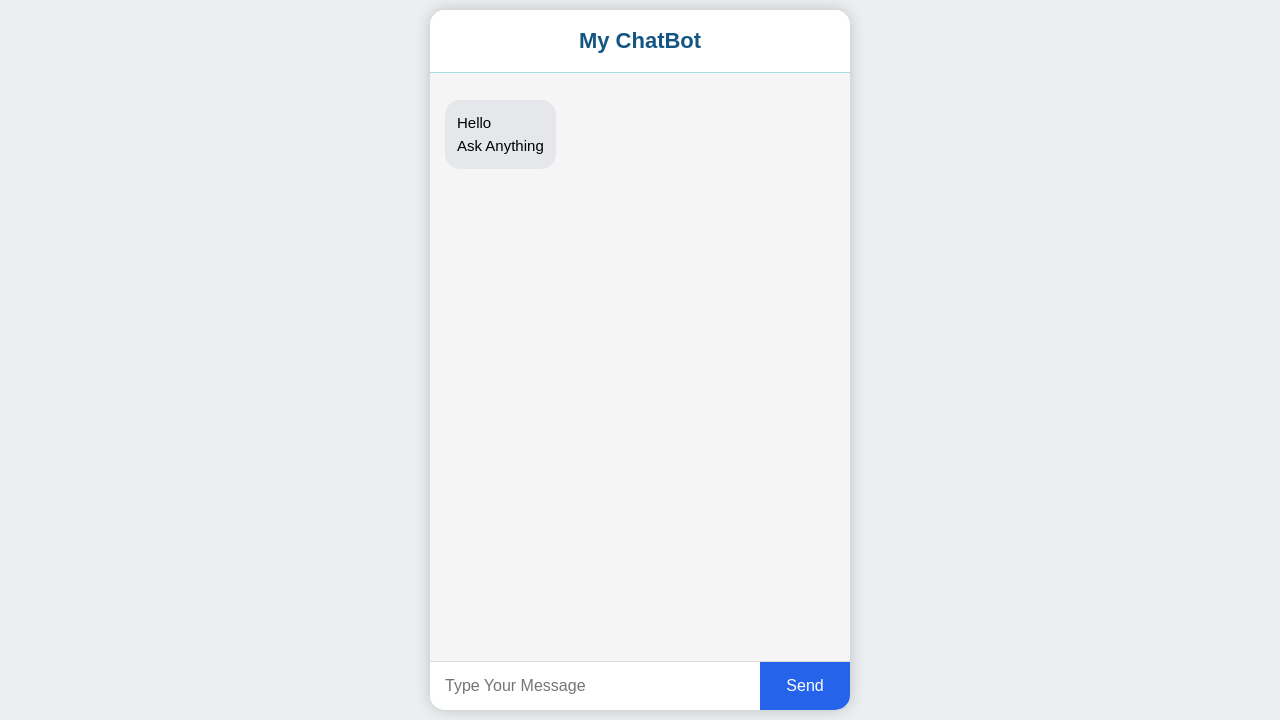
Repository: nt269782-web/Offline-ChatBot
Page: front.html
An editor plug-in stored every save of this project. The page is shown before and after a run of saves, followed by the edit.
The browser window is 1280 px wide. The pictures show the whole page.

Above is the page before, as saved 2026-07-08 12:58:08.

### front.html
<!DOCTYPE html>
<html lang="en">
<head>
    <meta charset="UTF-8">
    <meta name="viewport" content="width=device-width, initial-scale=1.0">

    <title>Document</title>
    <style>
        *{
        margin:0;
        padding:0;
        box-sizing:border-box;
        font-family:Arial,sans-serif;
        }

        body{
            background: #eceff1;
            display: flex;
            justify-content: center;
            align-items: center;
            height: 100vh;
        }
        .chat-container {
            width: 420px;
            height: 700px;
            overflow: hidden;
            display: flex;
            flex-direction: column;
            background:#fff;
            border-radius:15px;
            box-shadow:0 0 15px rgba(0,0,0,.2);


        }
        .header{
            background-color: rgb(255, 255, 255);
            color: #135683;
            text-align: center;
            font-size: 22px;
            font-weight: bold;
            padding: 18px;
            border-bottom: 1px solid #add;

        }


        .chat-box{
            flex: 1;
            overflow: auto;
            padding: 15px;
            background: #f5f5f5;



        }
        .message{
            display: flex;
            margin: 12px 0;

        }
        .bot{
            justify-content: flex-start;
        }

        .user{
            justify-content: flex-end;
        }



        .bubble{
            max-width: 75%;
            padding: 12px;
            border-radius: 15px;
            font-size: 15px;
            line-height: 1.5;
        }

        .bot .bubble{
            background:#e5e7eb;
            color:#000;
        }

        .user .bubble{
            background:#2563eb;
            color:#fff;
        }

        .input-area{
            display:flex;
            border-top:1px solid #ddd;
        }
        input{
            flex: 1;
            border: none;
            padding: 15px;
            outline: none;
            font-size: 16px;
        }

        button{
        width:90px;
        border:none;
        background:#2563eb;
        color:white;
        font-size:16px;
        cursor:pointer;
        }

        button:hover{
        background:#1d4ed8;
        }


    </style>
</head>

<body>
    <div class="chat-container">
    <div class="header">
        My ChatBot
    </div>

    <div class="chat-box" id="chatbox">
        <div class="message bot">
            <div class="bubble">
                Hello <br>
                Ask Anything

            </div>
        </div>
    </div>

    <div class="input-area">
        <input type="text" id="user input" placeholder="Type Your Message">
        <button onclick="sendMessage()">Send</button>
        </div>




    </div>
</body>
</html>

After the next 3 saves:
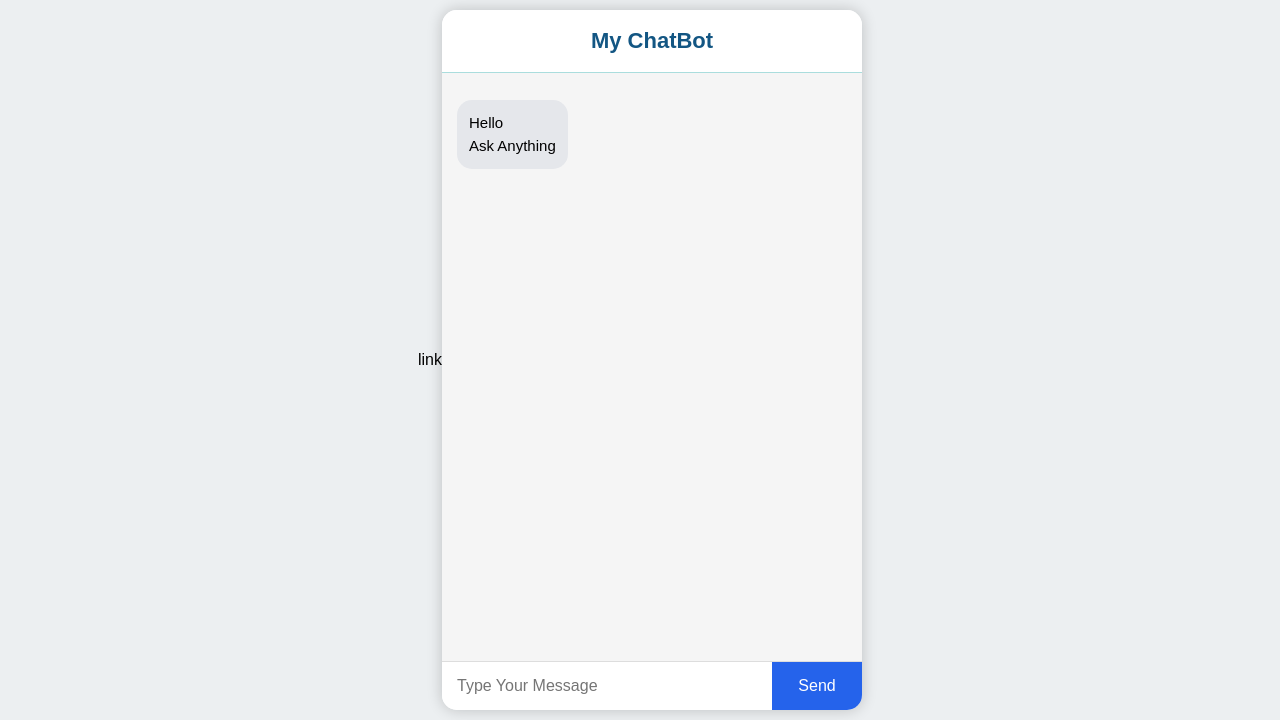
The 3 saves are shown as one change because they came seconds apart.
The last was saved 6 s later.
--- a/front.html
+++ b/front.html
@@ -3,7 +3,7 @@
 <head>
     <meta charset="UTF-8">
     <meta name="viewport" content="width=device-width, initial-scale=1.0">
-
+    link
     <title>Document</title>
     <style>
         *{

After the save that followed:
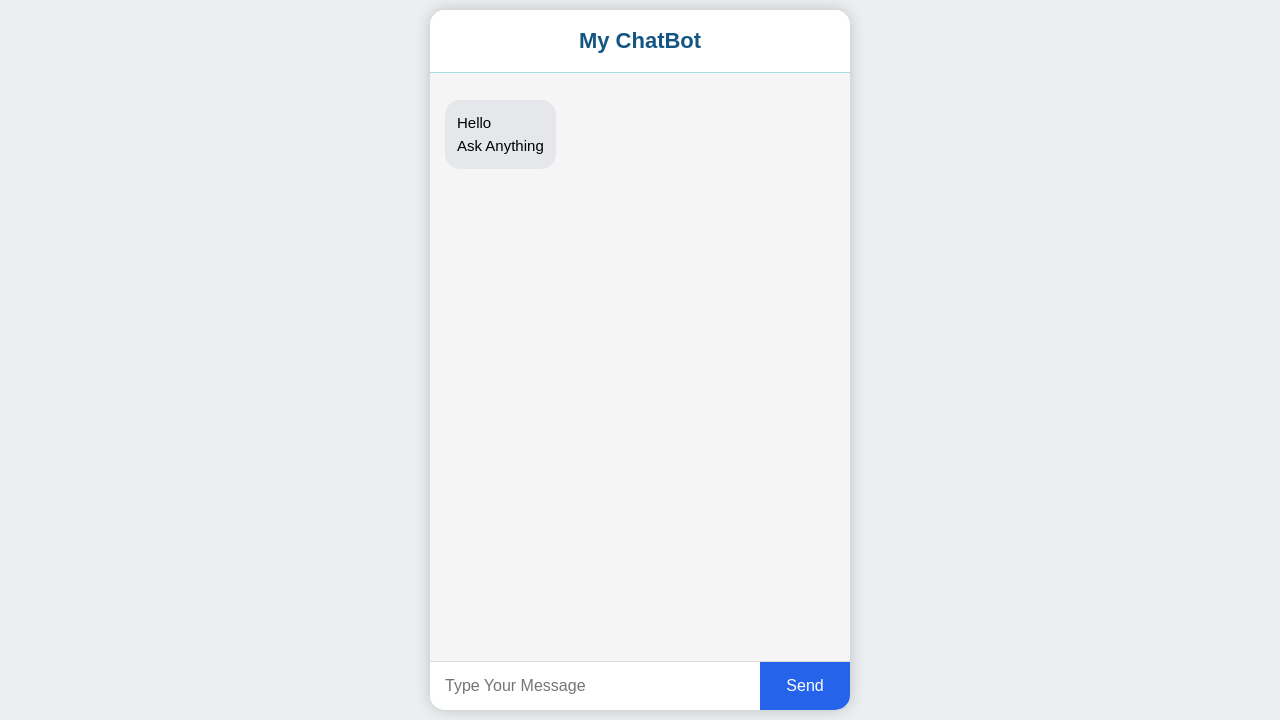
Not found: style.css
Saved 16 s later.
--- a/front.html
+++ b/front.html
@@ -3,7 +3,7 @@
 <head>
     <meta charset="UTF-8">
     <meta name="viewport" content="width=device-width, initial-scale=1.0">
-    link
+    <link rel="stylesheet" href="style.css">
     <title>Document</title>
     <style>
         *{
